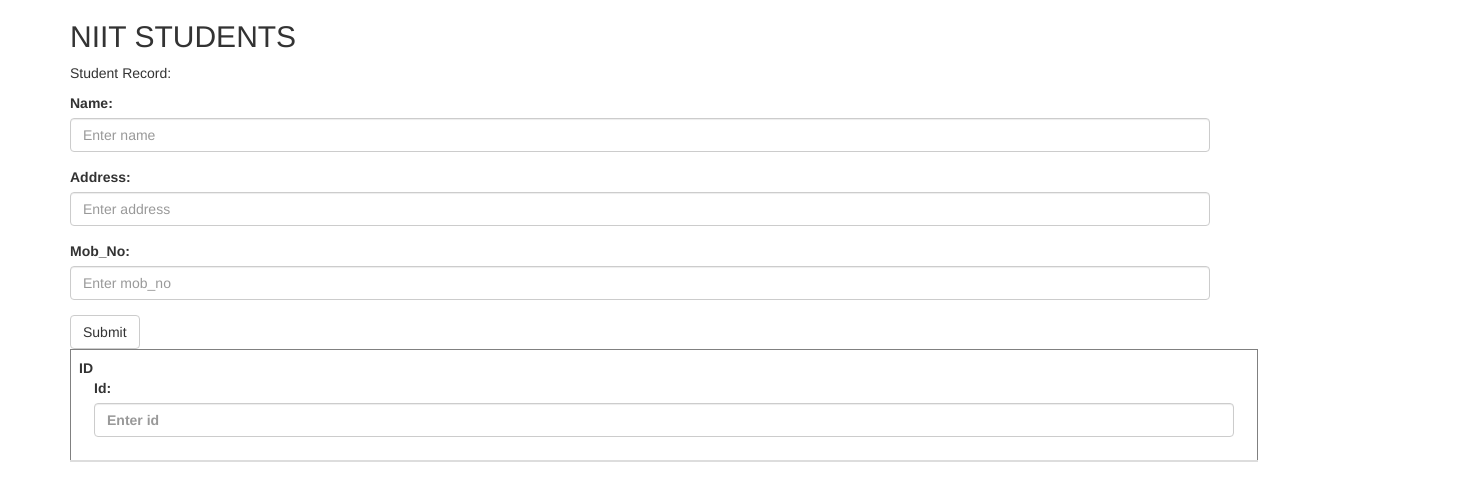
Repository: priyankateli27/priyanka
Page: SirAssignment/src/main/webapp/info.html
An editor plug-in stored every save of this project. The page is shown before and after the next save, followed by the edit.
The browser window is 1280 px wide. The page is 1280 px wide, then 1472 px, so the pictures cover 1472 px, including what lies to the right of the window. The pictures show the whole page.

Above is the page before, as saved 2016-07-15 10:33:07.

### SirAssignment/src/main/webapp/info.html
<!DOCTYPE html>
<html lang="en">
<head>
  <title>Student Record</title>
  <meta charset="utf-8">
  <meta name="viewport" content="width=device-width, initial-scale=1">
  <link rel="stylesheet" href="http://maxcdn.bootstrapcdn.com/bootstrap/3.3.6/css/bootstrap.min.css">
  <script src="https://ajax.googleapis.com/ajax/libs/jquery/1.12.4/jquery.min.js"></script>
  <script src="http://maxcdn.bootstrapcdn.com/bootstrap/3.3.6/js/bootstrap.min.js"></script>
</head>
<body>

<div class="container">
  <h2>NIIT STUDENTS</h2>
  <p>Student Record:</p>
  <table class="table" border=1 align="center">
    <thead>
      <tr>
        <th>ID

<div class="container">
  <form role="form">
    <div class="form-group">
      <label for="email">Id:</label>
      <input type="id" class="form-control" id="id" placeholder="Enter id">
    </div>
    </th>
    <div class="form-group">
      <label for="pwd">Name:</label>
      <input type="name" class="form-control" id="name" placeholder="Enter name">
    </div>
    <div class="form-group">
      <label for="pwd">Address:</label>
      <input type="address" class="form-control" id="address" placeholder="Enter address">
    </div>
    <div class="form-group">
      <label for="pwd">Mob_No:</label>
      <input type="mob_no" class="form-control" id="mob_no" placeholder="Enter mob_no">
    </div>

    <button type="submit" class="btn btn-default">Submit</button>
  </form>
</div>

</body>
</html>

After the next save:
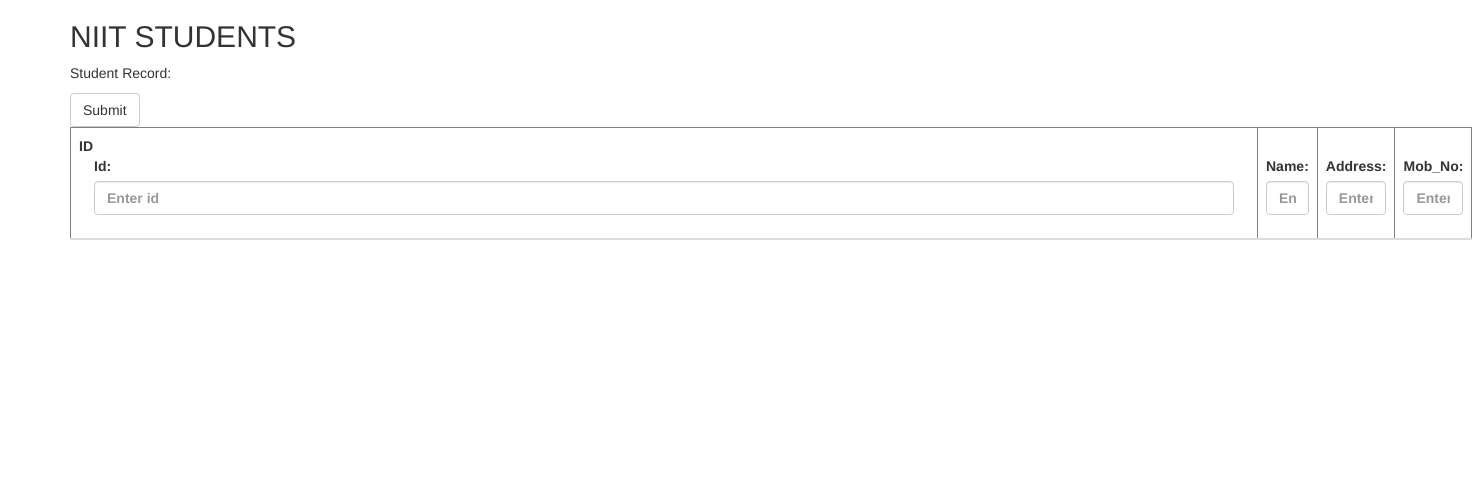
Saved 3 min 6 s later.
--- a/SirAssignment/src/main/webapp/info.html
+++ b/SirAssignment/src/main/webapp/info.html
@@ -25,19 +25,26 @@
       <input type="id" class="form-control" id="id" placeholder="Enter id">
     </div>
     </th>
+    <th>
     <div class="form-group">
       <label for="pwd">Name:</label>
       <input type="name" class="form-control" id="name" placeholder="Enter name">
     </div>
+    </th>
+    <th>
     <div class="form-group">
       <label for="pwd">Address:</label>
       <input type="address" class="form-control" id="address" placeholder="Enter address">
     </div>
+    </th>
+    <th>
     <div class="form-group">
       <label for="pwd">Mob_No:</label>
       <input type="mob_no" class="form-control" id="mob_no" placeholder="Enter mob_no">
     </div>
-
+    </th>
+     </tr>
+    </thead>
     <button type="submit" class="btn btn-default">Submit</button>
   </form>
 </div>
